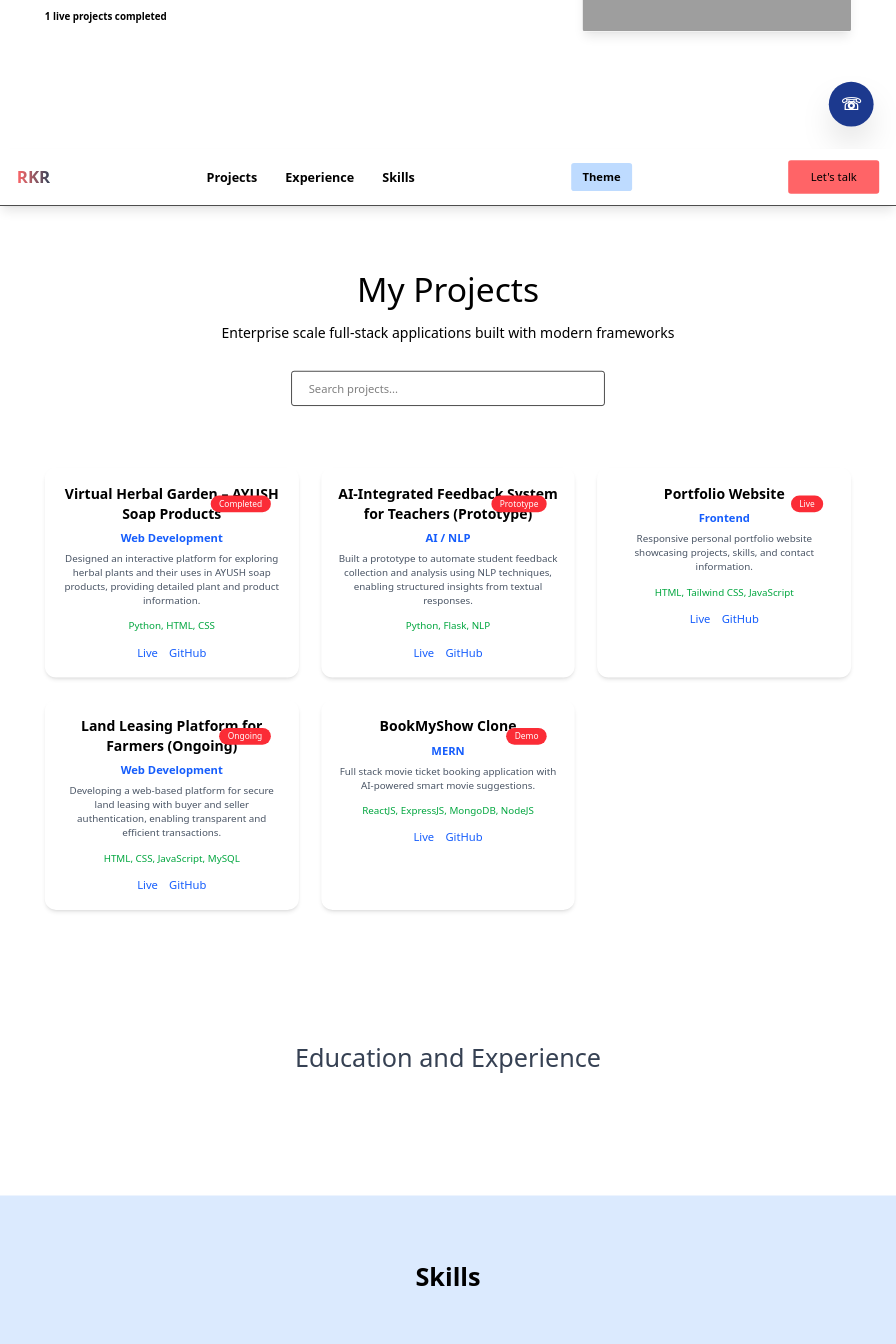
Repository: Rhaashee/myProfile
Page: index.html
The author's editor kept a copy of each file at every save. The page is drawn from the files as they stood at one save, then again after the next save.
The browser window is 1280 px wide. The pictures show the part of the page from y = 507 to 2427 px (the page is 3071 px tall), at 70% of full size.
Pictures or frames that could not be fetched are drawn as grey boxes.

Above is the page before, as saved 2026-04-27 17:00:25.
Console error: SyntaxError: Identifier 'projectsData' has already been declared

### index.html
<!-- MERN_Stu_FebMay26Mys\W4\D5\portfolio-project\index.html -->
<!DOCTYPE html>
<html lang="en">

<head>
    <meta charset="UTF-8">
    <meta name="viewport" content="width=device-width, initial-scale=1.0">

    <title>Week 3 & 4 Portfolio Project</title>

    <script src="https://cdn.jsdelivr.net/npm/@tailwindcss/browser@4"></script>

    <link rel="stylesheet" href="css/custom.css">

</head>

<body>
    <!-- HERO SECTION -->

    <section
        class="min-h-screen flex flex-col lg:flex-row lg:items-center lg:justify-between px-8 lg:px-16 py-20 gap-12 lg:gap-20">

        <div class="order-2 lg:order-1 flex-1 lg:max-w-lg text-center lg:text-left">

            <h1 class="text-5xl mb-6">Rhaashee L</h1>

            <p class="text-xl lg:text-2xl text-slate-600 font-bold mb-10 max-w-md mx-auto lg:mx-0">
                Full-Stack developer | MERN enthusiast | Competitive Programmer
            </p>

            <div
                class="flex flex-col sm:flex-row gap-4 justify-center lg:justify-start items-center lg:items-start mb-8">

                <a href="#projects" class="bg-red-400 hover:bg-green-500 px-10 py-4 rounded shadow-xl">
                    View Projects
                </a>

                <a href="#resume" class="bg-blue-400 hover:bg-green-500 px-10 py-4 rounded shadow-xl">
                    Download Resume
                </a>

            </div>

            <div class="flex flex-wrap gap-6 justify-center lg:justify-start text-sm font-bold">

                <span>100+ Github commits</span>
                <span>50 LeetCode Questions Solved</span>
                <span>1 live projects completed</span>

            </div>

        </div>

        <div class="order-1 lg:order-2 w-full lg:w-96 max-w-sm mx-auto lg:mx-0">

            <img src="assets/images/img.jpg" alt="My photo"
                class="aspect-square w-full rounded shadow-lg mx-auto lg:mx-0 hover:ring-blue-500 transition-all duration-300 hover:scale-[1.02]"
                loading="lazy">

        </div>

    </section>

    <!-- NAVBAR -->

    <nav class="sticky top-0 z-50 bg-white/95 backdrop-blur-md border-b shadow-lg">

        <div class="max-w-7xl mx-auto px-6 py-4 flex items-center justify-between">

            <a href="#"
                class="text-2xl font-bold bg-clip-text bg-gradient-to-r from-red-400 to-slate-700 text-transparent">
                RKR
            </a>

            <ul class="hidden md:flex items-center gap-10">

                <li><a href="#projects" class="text-lg font-bold hover:text-blue-600">Projects</a></li>

                <li><a href="#experience" class="text-lg font-bold hover:text-blue-600">Experience</a></li>

                <li><a href="#skills" class="text-lg font-bold hover:text-blue-600">Skills</a></li>

            </ul>
            <button id="theme-toggle" class="bg-blue-200 px-4 py-2 rounded font-bold">Theme</button>
            <a href="#contact" class="bg-red-400 hover:bg-green-500 rounded transition-all duration-300 px-8 py-3">
                Let's talk
            </a>

        </div>

    </nav>

    <!-- PROJECTS -->

    <section id="projects" class="py-24 px-8 lg:px-16">

        <div class="max-w-7xl mx-auto">

            <div class="text-center mb-10">

                <h2 class="text-4xl lg:text-5xl mb-6">My Projects</h2>

                <p class="text-xl max-w-2xl mx-auto">
                    Enterprise scale full-stack applications built with modern frameworks
                </p>

            </div>

            <!-- Project Search (Feature will attach here) -->

            <div class="mb-10 text-center">

                <input id="project-search" type="text" placeholder="Search projects..."
                    class="border rounded px-6 py-3 w-full max-w-md">

            </div>

            <!-- Project Filter Bar -->

            <div id="project-filters" class="flex flex-wrap justify-center gap-4 mb-12">
            </div>

            <!-- Dynamic container for projects -->

            <div id="projects-container" class="grid grid-cols-1 md:grid-cols-2 lg:grid-cols-3 gap-8">
            </div>

        </div>

    </section>

    <!-- EXPERIENCE -->

    <section id="experience" class="py-24 px-8 lg:px-16">

        <div class="max-w-4xl mx-auto">

            <h2 class="text-4xl text-gray-700 text-center mb-20">
                Education and Experience
            </h2>

            <!-- existing experience cards remain unchanged -->

        </div>

    </section>

    <!-- SKILLS -->

    <section id="skills" class="py-24 px-8 lg:px-16 bg-blue-100">

        <div class="max-w-7xl mx-auto">

            <h2 class="text-4xl text-center font-bold mb-20">
                Skills
            </h2>

            <!-- Dynamic Skills Container -->

            <div id="skills-container" class="grid grid-cols-1 md:grid-cols-2 lg:grid-cols-4 gap-8">
            </div>

        </div>

    </section>

    <!-- CONTACT MODAL -->

    <button id="modal-trigger"
        class="fixed bottom-8 right-8 w-16 h-16 bg-blue-900 text-white rounded-full shadow-2xl flex items-center justify-center text-2xl font-bold">
        ☏
    </button>

    <div id="contact-modal" class="fixed inset-0 z-50 hidden bg-black/50 backdrop-blur-md">

        <div class="flex items-center justify-center min-h-screen p-4">

            <div id="modal-content"
                class="bg-white w-full max-w-md rounded-2xl shadow-2xl scale-95 opacity-0 transition-all duration-300">

                <div class="sticky top-0 border-b p-8 pt-12 bg-white">

                    <h3 class="text-2xl font-bold">Contact Me</h3>

                    <button id="modal-close" class="absolute top-6 right-6 text-2xl font-bold">
                        ×
                    </button>

                </div>

                <form id="contact-form" class="p-8 space-y-4">

                    <input id="contact-name" type="text" placeholder="Your name"
                        class="w-full border rounded px-4 py-3">

                    <input id="contact-email" type="email" placeholder="email@website.com"
                        class="w-full border rounded px-4 py-3">

                    <p id="form-message" class="text-sm text-red-500"></p>

                    <div class="flex flex-col sm:flex-row gap-4 pt-4">

                        <button type="button" id="form-cancel" class="flex-1 font-bold py-4 px-6">
                            Cancel
                        </button>

                        <button type="submit" class="flex-1 font-bold py-4 px-6">
                            Submit
                        </button>

                    </div>

                </form>

            </div>

        </div>

    </div>
    <!-- SWIPE TO HOME BUTTON -->

    <button id="home-swiper"
        class="fixed bottom-8 left-8 bg-pink-200 text-white px-5 py-3 rounded-full shadow-xl hover:bg-blue-600 transition">
        Back to Home
    </button>
    <!-- MAIN JS ENTRY-->

    <script src="js/data/projects.js"></script>
    <script src="js/data/skills.js"></script>
    <script src="js/features/skills-render.js"></script>
    <script src="js/features/modal.js"></script>
    <script src="js/features/contact-validation.js"></script>
    <script src="js/features/theme-toggle.js"></script>
    <script src="js/data/projects.js"></script>
    <script src="js/features/project-filter.js"></script>
    <script src="js/features/project-search.js"></script>
    <script src="js/main.js"></script>
    <script src="js/features/BackToTop.js"></script>



</body>

</html>

### css/custom.css
.dark-mode{
    background-color: black;
    color: white;
}
.dark-mode nav{
    background-color: rgb(178, 173, 173);
    color: white;
}
.dark-mode section{
    background-color: rgb(0, 0, 0);
    color: white;
}
.dark-mode .bg-blue-100{
    background-color: rgb(235, 236, 240);
    color: rgb(153, 145, 145);
}
.dark-mode .bg-white{
    background-color: rgb(0, 0, 0);
}
.dark-mode .text-gray-700{
    color: white;
}

### js/data/projects.js
const projectsData = [
  {
    id: 1,
    name: "Virtual Herbal Garden – AYUSH Soap Products",
    category: "Web Development",
    description:
      "Designed an interactive platform for exploring herbal plants and their uses in AYUSH soap products, providing detailed plant and product information.",
    technologies: ["Python", "HTML", "CSS"],
    status: "Completed",
    liveDemo: "#",
    github: "#"
  },
  {
    id: 2,
    name: "AI-Integrated Feedback System for Teachers (Prototype)",
    category: "AI / NLP",
    description:
      "Built a prototype to automate student feedback collection and analysis using NLP techniques, enabling structured insights from textual responses.",
    technologies: ["Python", "Flask", "NLP"],
    status: "Prototype",
    liveDemo: "#",
    github: "#"
  },
  {
    id: 3,
    name: "Portfolio Website",
    category: "Frontend",
    description:
      "Responsive personal portfolio website showcasing projects, skills, and contact information.",
    technologies: ["HTML", "Tailwind CSS", "JavaScript"],
    status: "Live",
    liveDemo: "#",
    github: "#"
  },{

    id: 5,
    name: "Land Leasing Platform for Farmers (Ongoing)",
    category: "Web Development",
    description:
      "Developing a web-based platform for secure land leasing with buyer and seller authentication, enabling transparent and efficient transactions.",
    technologies: ["HTML", "CSS", "JavaScript", "MySQL"],
    status: "Ongoing",
    liveDemo: "#",
    github: "#"
  },
  {
    id: 6,
    name: "BookMyShow Clone",
    category: "MERN",
    description:
      "Full stack movie ticket booking application with AI-powered smart movie suggestions.",
    technologies: ["ReactJS", "ExpressJS", "MongoDB", "NodeJS"],
    status: "Demo",
    liveDemo: "#",
    github: "#"
  }

];

### js/data/skills.js

const skillsData = [
  {
    id: 1,
    name: "MongoDB",
    shortLabel: "MDB",
    description: "NoSQL database for handling unstructured data and scalable applications."
  },
  {
    id: 2,
    name: "ExpressJS",
    shortLabel: "Exp",
    description: "Backend framework for building REST APIs and server-side applications."
  },
  {
    id: 3,
    name: "ReactJS",
    shortLabel: "R",
    description: "Component-based UI development with hooks and state management."
  },
  {
    id: 4,
    name: "NodeJS",
    shortLabel: "Node",
    description: "JavaScript runtime for building scalable backend services."
  },
  {
    id: 5,
    name: "Power BI",
    shortLabel: "BI",
    description: "Interactive dashboards and data visualization for business insights."
  },
  {
    id: 6,
    name: "Tableau",
    shortLabel: "Tb",
    description: "Data visualization and storytelling through charts and dashboards."
  },

];

### js/features/skills-render.js
function renderSkills(){
    const skillsContainer = document.getElementById("skills-container");

    if(!skillsContainer){
        console.log("Skills Contianer not found");
        return;
    }
    skillsContainer.innerHTML = "";
    skillsData.forEach(function(skill){
        // to create outer card
        const card = document.createElement("div");
        card.className = "p-8 text-center bg-white rounded-3xl shadow-lg";

        // create icon
        const iconBox = document.createElement("div");
        iconBox.className = "w-20 h-20 mx-auto mb-4 bg-green-900 rounded-2xl flex item-center justify-center";

        // create icon
        const iconText = document.createElement("span");
        iconText.className = "text-2xl text-white font-bold"
        iconText.textContent = skill.shortLabel;

        // Put iconText inside iconBox
        iconBox.appendChild(iconText);

        // create a skill name
        const skillsName = document.createElement("h3");
        skillsName.className = "text-xl font-bold mb-2";
        skillsName.textContent = skill.name;

        // create skill description
        const skillDescription = document.createElement("p");
        skillDescription.className = "text-sm";
        skillDescription.textContent = skill.description;

        // append all child elements to card
        card.appendChild(iconBox);
        card.appendChild(skillsName);
        card.appendChild(skillDescription);

        // append card to skills container
        skillsContainer.appendChild(card);
    });
    console.log("Skills rendered successfully");
}

### js/features/modal.js
function initModal(){
    const modal = document.getElementById("contact-modal");
    const modalContent = document.getElementById("modal-content");
    const modalTrigger = document.getElementById("modal-trigger");
    const modalClose = document.getElementById("modal-close");
    const formCancel = document.getElementById("form-cancel");

    if(!modal || !modalContent || !modalTrigger || !modalClose || !formCancel){
        console.log("Modal element not found");
        return;
    }
    function openModal(){
        modal.classList.remove("hidden");

        setTimeout(function(){
            modalContent.classList.remove("scale-95","opacity-0");
        },10);
    }
    function closeModal(){
        modalContent.classList.add("scale-95","opacity-0");
        setTimeout(function(){
            modal.classList.add("hidden");
        },200);
    }
    modalTrigger.addEventListener("click",openModal);
    modalClose.addEventListener("click",closeModal);
    formCancel.addEventListener("click",closeModal);

    //close when clicking on backdrop
    modal.addEventListener("click",function(event){
        if(event.target === modal){
            closeModal();
        }
    });
    console.log("Modal opened successfully");
}

### js/features/contact-validation.js
function initContactValidation(){
    const contactModal = document.getElementById("contact-modal");
    const contactForm = document.getElementById("contact-form");
    const contactName = document.getElementById("contact-name");
    const contactEmail = document.getElementById("contact-email");
    const formMessage = document.getElementById("form-message");

    if(!contactModal || !contactForm || !contactName || !contactEmail || !formMessage){
        console.log("Contact form elements not found");
        return;
    }

    contactForm.addEventListener("submit",function(event){
        event.preventDefault();

        const name = contactName.value.trim();
        const email = contactEmail.value.trim();

        formMessage.textContent = "";
        formMessage.className = "text-sm";

        // Name validation
        if(name === ""){
            formMessage.textContent = "Name is required";
            formMessage.classList.add("text-red-500");
            contactName.focus();
            return;
        }
        if(name.length < 5){
            formMessage.textContent = "Name must be atleast 5 chars"
            formMessage.classList.add("text-red-500");
            contactName.focus();
            return;
        }
        // Email Validation
        if(email === ""){
            formMessage.textContent = "Email is required";
            formMessage.classList.add("text-red-500");
            contactEmail.focus();
            return;
        }
        const emailPattern = /^[^\s@]+@[^\s@]+\.[^\s@]+$/;

        if(!emailPattern.test(email)){
            formMessage.textContent = "Enter valid email";
            formMessage.classList.add("text-red-500");
            contactEmail.focus();
            return;
        }

        formMessage.textContent = "Meassage Submitted Sucessfully";
        formMessage.classList.add("text-green-600");
        console.log("Valid credentials : ",{name:name,email:email});
        contactForm.reset();
    });
    contactName.addEventListener("input",function(){
        formMessage.textContent = "";
    });
    contactEmail.addEventListener("input",function(){
        formMessage.textContent = "";
    });
}

### js/features/theme-toggle.js
function initThemeToggle(){
    const toggleBtn = document.getElementById("theme-toggle");
    const body = document.body;

    const savedTheme = localStorage.getItem("portfolio-theme");

    if(savedTheme === "dark"){
        body.classList.add("dark-mode");
    }
    toggleBtn.addEventListener("click",function(){
        body.classList.toggle("dark-mode");
        if(body.classList.contains("dark-mode")){
            localStorage.setItem("portfolio-theme","dark");
            console.log("Dark mode enanbled");
        }else{
            localStorage.setItem("portfolio-theme","light");
            console.log("Light mode enanbled");
        }
    });
}

### js/features/project-filter.js
function filterProject(projects) {
    const container = document.getElementById("projects-container");

    if (!container) return;

    container.innerHTML = "";

    projects.forEach((project) => {

        const card = document.createElement("div");
        card.className =
            "bg-white rounded-2xl shadow-md p-6 text-center hover:shadow-xl transition duration-300";

        // Status badge (Live / Demo)
        const badge = document.createElement("span");
        badge.className =
            "absolute top-4 right-4 bg-red-500 text-white text-xs px-3 py-1 rounded-full";
        badge.textContent = project.status || "Live";

        // Wrapper (for badge positioning)
        const wrapper = document.createElement("div");
        wrapper.className = "relative";

        // Project Name
        const title = document.createElement("h2");
        title.className = "text-xl font-bold mb-2 line-clamp-2";
        title.textContent = project.name;

        // Category (MERN / Frontend)
        const category = document.createElement("p");
        category.className = "text-blue-600 font-semibold mb-2";
        category.textContent = project.category;

        // Description
        const desc = document.createElement("p");
        desc.className = "text-gray-600 text-sm mb-4";
        desc.textContent = project.description;

        // Tech stack
        const tech = document.createElement("p");
        tech.className = "text-green-600 text-sm mb-4";
        tech.textContent = project.technologies.join(", ");

        // Links container
        const links = document.createElement("div");
        links.className = "flex justify-center gap-4";

        const liveLink = document.createElement("a");
        liveLink.href = project.liveDemo || "#";
        liveLink.textContent = "Live";
        liveLink.className = "text-blue-600 hover:underline";

        const githubLink = document.createElement("a");
        githubLink.href = project.github || "#";
        githubLink.textContent = "GitHub";
        githubLink.className = "text-blue-600 hover:underline";

        links.appendChild(liveLink);
        links.appendChild(githubLink);

        // append all
        wrapper.appendChild(badge);
        wrapper.appendChild(title);
        wrapper.appendChild(category);
        wrapper.appendChild(desc);
        wrapper.appendChild(tech);
        wrapper.appendChild(links);

        card.appendChild(wrapper);
        container.appendChild(card);
    });
}

### js/features/project-search.js
// render all projects initially
document.addEventListener("DOMContentLoaded", function () {
    filterProject(projectsData);
});

document.addEventListener("DOMContentLoaded", function () {

    const searchInput = document.getElementById("project-search");

    // show all projects initially
    filterProject(projectsData);

    if (searchInput) {
        searchInput.addEventListener("input", function () {

            const searchTerm = searchInput.value.toLowerCase();

            const filteredProjects = projectsData.filter(function (project) {
                return (
                    project.name.toLowerCase().includes(searchTerm) ||
                    project.description.toLowerCase().includes(searchTerm) ||
                    (project.technologies &&
                        project.technologies.join(" ").toLowerCase().includes(searchTerm)) ||
                    (project.category &&
                        project.category.toLowerCase().includes(searchTerm))
                );
            });

            filterProject(filteredProjects);
        });
    }

});

### js/main.js
document.addEventListener("DOMContentLoaded", function(){
    // Render Skills
    renderSkills();
    initModal();
    initContactValidation();
    initThemeToggle();
    SearchProjects();
})

### js/features/BackToTop.js
const swiperButton = document.getElementById("home-swiper");

// safety check (important)
if (swiperButton) {

    // hide initially
    swiperButton.style.display = "none";

    // scroll to top
    swiperButton.addEventListener("click", function () {
        window.scrollTo({
            top: 0,
            behavior: "smooth"
        });
    });

    // show on scroll
    window.addEventListener("scroll", function () {
        if (window.scrollY > 300) {
            swiperButton.style.display = "block";
        } else {
            swiperButton.style.display = "none";
        }
    });

}

After the next save:
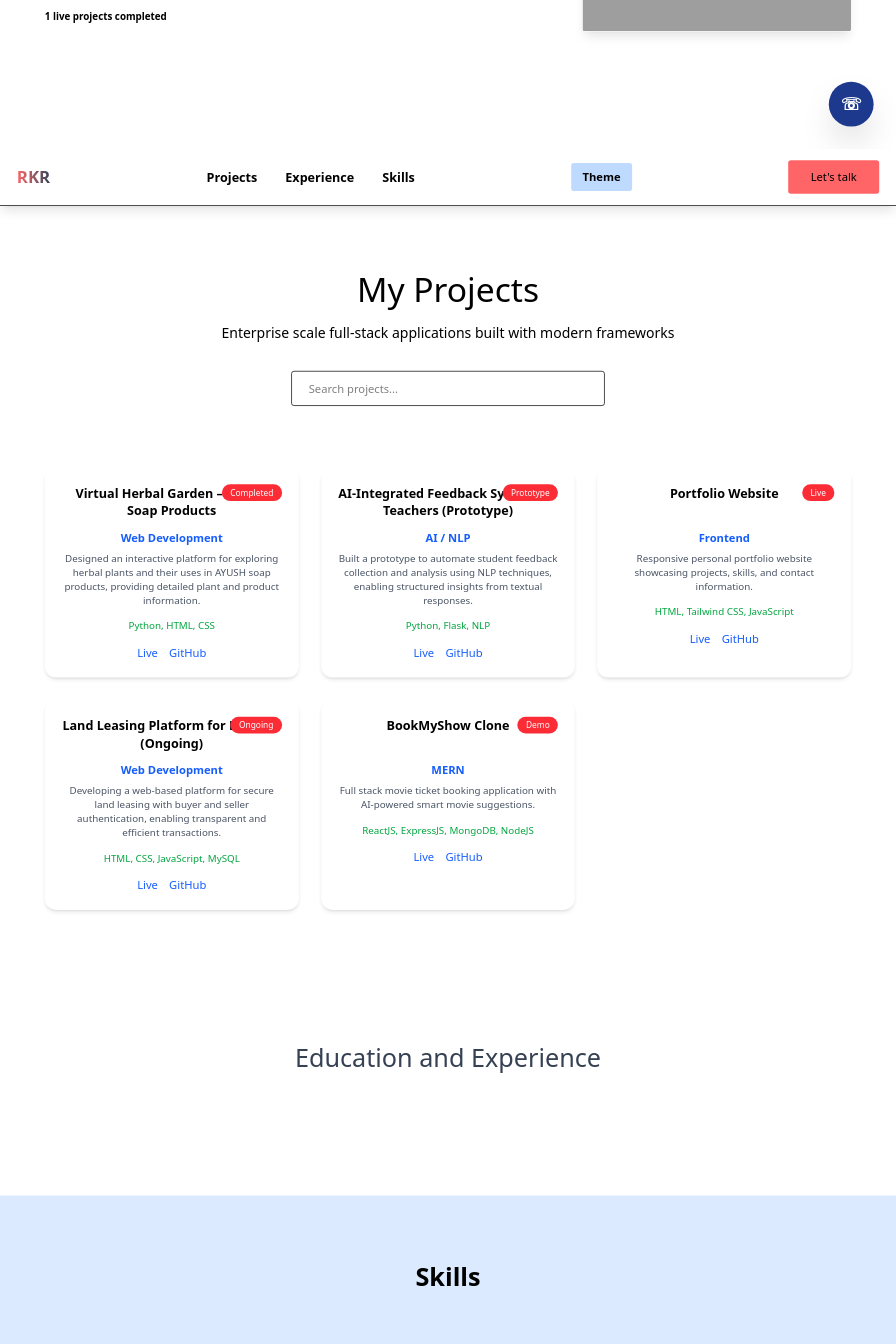
Saved 63 s later.
--- a/js/features/project-filter.js
+++ b/js/features/project-filter.js
@@ -11,37 +11,38 @@ function filterProject(projects) {
         card.className =
             "bg-white rounded-2xl shadow-md p-6 text-center hover:shadow-xl transition duration-300";
 
-        // Status badge (Live / Demo)
-        const badge = document.createElement("span");
-        badge.className =
-            "absolute top-4 right-4 bg-red-500 text-white text-xs px-3 py-1 rounded-full";
-        badge.textContent = project.status || "Live";
-
-        // Wrapper (for badge positioning)
+        // wrapper (for badge positioning)
         const wrapper = document.createElement("div");
         wrapper.className = "relative";
 
-        // Project Name
+        // 🔴 Status badge
+        const badge = document.createElement("span");
+        badge.className =
+            "absolute top-0 right-0 bg-red-500 text-white text-xs px-3 py-1 rounded-full";
+        badge.textContent = project.status || "Live";
+
+        // 📌 Project Title (FIXED)
         const title = document.createElement("h2");
-        title.className = "text-xl font-bold mb-2 line-clamp-2";
+        title.className =
+            "text-lg font-semibold mb-2 leading-snug h-14 overflow-hidden line-clamp-2";
         title.textContent = project.name;
 
-        // Category (MERN / Frontend)
+        // 🏷 Category
         const category = document.createElement("p");
         category.className = "text-blue-600 font-semibold mb-2";
         category.textContent = project.category;
 
-        // Description
+        // 📄 Description
         const desc = document.createElement("p");
         desc.className = "text-gray-600 text-sm mb-4";
         desc.textContent = project.description;
 
-        // Tech stack
+        // ⚙️ Technologies
         const tech = document.createElement("p");
         tech.className = "text-green-600 text-sm mb-4";
         tech.textContent = project.technologies.join(", ");
 
-        // Links container
+        // 🔗 Links
         const links = document.createElement("div");
         links.className = "flex justify-center gap-4";
 
